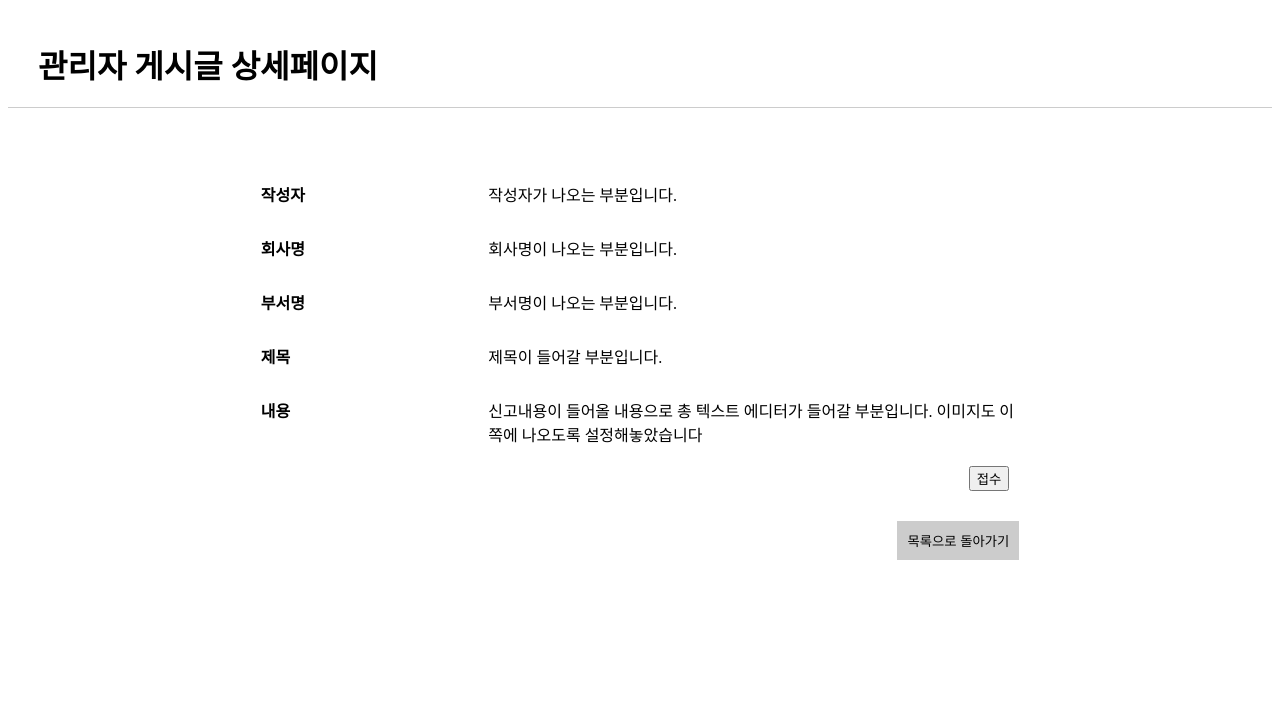
Repository: thdtjdgml415/exVoc
Page: /AdminView/1
The author's editor kept a copy of each file at every save. The page is drawn from the files as they stood at one save, then again after the next save.
The browser window is 1280 px wide. The pictures show the whole page.
The project was rebuilt for these pictures with package versions that can differ from the ones it lists, and the page was loaded fresh each time. Also part of the build but not shown: src/components/table/CommonTable.css, src/components/table/CommonTable.js, src/components/table/CommonTableColumn.js, src/components/table/CommonTableRow.js, src/components/table/CommonTableWriteBtn.js, src/Page/PostList.js, src/Page/PostMain.js, src/Page/PostView.js and 4 more.

Above is the page before, as saved 2023-01-13 15:59:15.

After the next save:
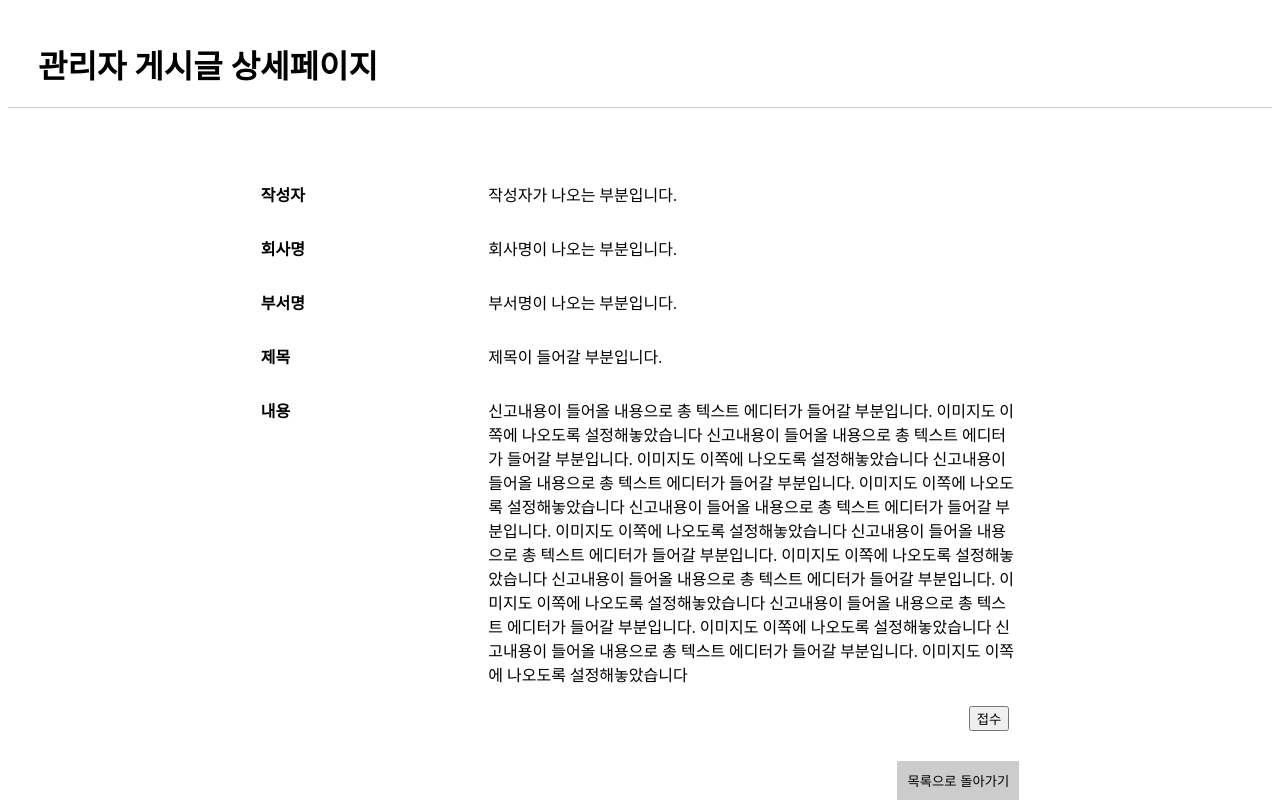
Saved 28 s later.
--- a/src/Page/AdminView.js
+++ b/src/Page/AdminView.js
@@ -47,7 +47,18 @@ const AdminView = ({ }) => {
             </div>
             <div className="post-view-row">
               <label>내용</label>
-              <label>신고내용이 들어올 내용으로 총 텍스트 에디터가 들어갈 부분입니다. 이미지도 이쪽에 나오도록 설정해놓았습니다</label>
+              <label>
+                신고내용이 들어올 내용으로 총 텍스트 에디터가 들어갈 부분입니다. 이미지도 이쪽에 나오도록 설정해놓았습니다
+                신고내용이 들어올 내용으로 총 텍스트 에디터가 들어갈 부분입니다. 이미지도 이쪽에 나오도록 설정해놓았습니다
+                신고내용이 들어올 내용으로 총 텍스트 에디터가 들어갈 부분입니다. 이미지도 이쪽에 나오도록 설정해놓았습니다
+                신고내용이 들어올 내용으로 총 텍스트 에디터가 들어갈 부분입니다. 이미지도 이쪽에 나오도록 설정해놓았습니다
+                신고내용이 들어올 내용으로 총 텍스트 에디터가 들어갈 부분입니다. 이미지도 이쪽에 나오도록 설정해놓았습니다
+                신고내용이 들어올 내용으로 총 텍스트 에디터가 들어갈 부분입니다. 이미지도 이쪽에 나오도록 설정해놓았습니다
+                신고내용이 들어올 내용으로 총 텍스트 에디터가 들어갈 부분입니다. 이미지도 이쪽에 나오도록 설정해놓았습니다
+                신고내용이 들어올 내용으로 총 텍스트 에디터가 들어갈 부분입니다. 이미지도 이쪽에 나오도록 설정해놓았습니다
+
+
+              </label>
             </div>
           </>
           <React.Fragment>
